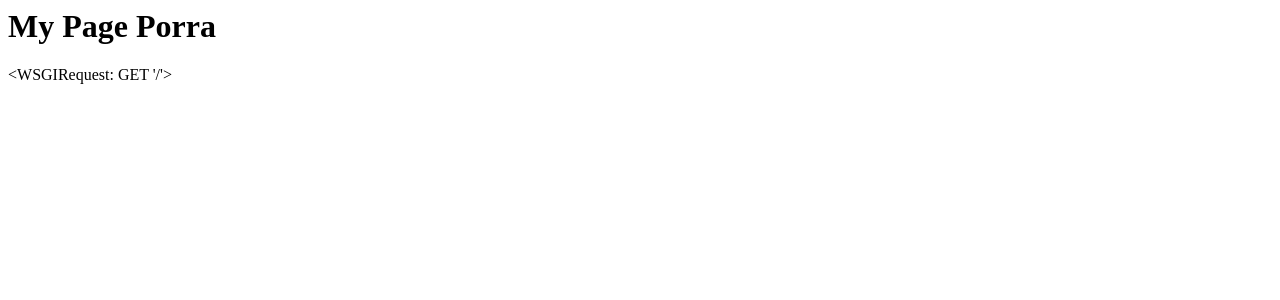
Repository: Arturgouveia1970/SaaS-art-sample
Page: http://localhost/
The author's editor kept a copy of each file at every save. The page is drawn from the files as they stood at one save, then again after the next save.
The browser window is 1280 px wide. The pictures show the whole page.
The page is served by the project's application, run on Django 5.2 (src/manage.py). Other server files are loaded and not shown.

Above is the page before, as saved 2025-02-24 10:28:20.

### src/templates/home.html
<html lang="en">
<head>
    <meta charset="UTF-8">
    <meta name="viewport" content="width=device-width, initial-scale=1.0">
    <title>Document</title>
</head>
<body>
    <h1>{{ page_title }}</h1>
    <p>{{ request }}</p>
</body>
</html>

### src/cfehome/views.py
import pathlib
from django.http import HttpResponse
from django.shortcuts import render

this_dir = pathlib.Path(__file__).resolve().parent

def home_page_view(request, *args, **kwargs):
    my_title = "My Page Porra"
    my_context = {
        "page_title": my_title
    }
    html_template = "home.html"

    return render(request, html_template, my_context)


def my_old_homt_page_view(request, *args, **kwargs):
    my_title = "My Page"
    my_context = {
        "page_title": my_title
    }
    html_ = """
    <!DOCTYPE html>
<html>

<body>
    <h1>{page_title} anything?</h1>
</body>
</html>
""".format(**my_context) # page_title=my_title
    # html_file_path = this_dir / "home.html"
    # html_ = html_file_path.read_text()
    return HttpResponse(html_)

VALID_CODE = "abc123"

### src/cfehome/urls.py
"""
URL configuration for cfehome project.

The `urlpatterns` list routes URLs to views. For more information please see:
    https://docs.djangoproject.com/en/5.1/topics/http/urls/
Examples:
Function views
    1. Add an import:  from my_app import views
    2. Add a URL to urlpatterns:  path('', views.home, name='home')
Class-based views
    1. Add an import:  from other_app.views import Home
    2. Add a URL to urlpatterns:  path('', Home.as_view(), name='home')
Including another URLconf
    1. Import the include() function: from django.urls import include, path
    2. Add a URL to urlpatterns:  path('blog/', include('blog.urls'))
"""
from django.contrib import admin
from django.urls import path

from .views import home_page_view

urlpatterns = [
    path("", home_page_view), #index page -> root page
    path("hello-world/", home_page_view),
    path('admin/', admin.site.urls),
]

After the next save:
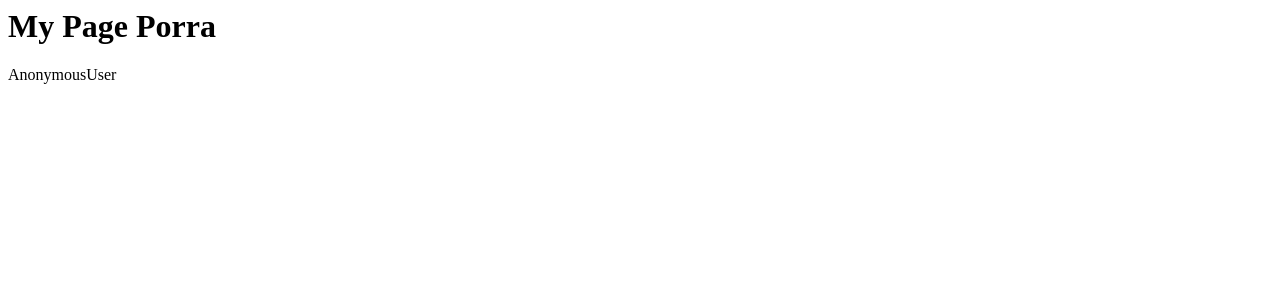
Saved 4 s later.
--- a/src/templates/home.html
+++ b/src/templates/home.html
@@ -6,6 +6,6 @@
 </head>
 <body>
     <h1>{{ page_title }}</h1>
-    <p>{{ request }}</p>
+    <p>{{ request.user }}</p>
 </body>
 </html>
